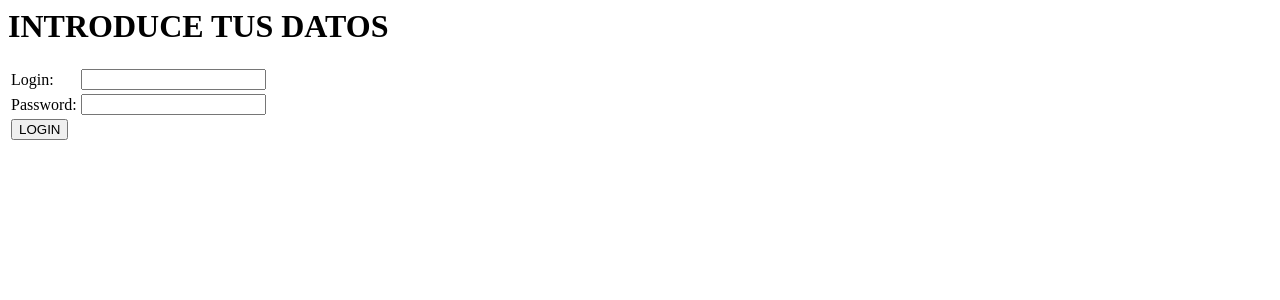
Repository: dasafo/PHP_MySQL_curso
Page: http://localhost/Login&Cookis/Login.php
An editor plug-in stored every save of this project. The page is shown before and after the next save, followed by the edit.
The browser window is 1280 px wide. The pictures show the whole page.
The page is run by PHP 8.4 with error messages shown; the project is at /var/www/html/.

Above is the page before, as saved 2018-11-09 12:04:16.

After the next save:
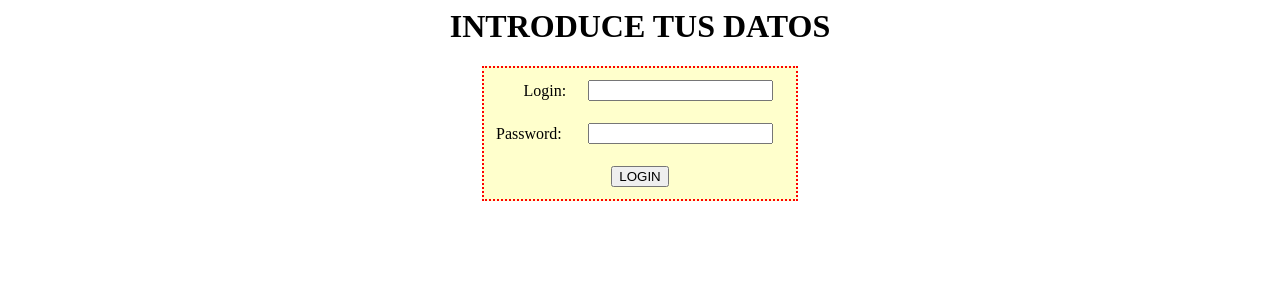
Saved 4 min 14 s later.
--- a/Sesiones&Cookies/Login&Cookis/Login.php
+++ b/Sesiones&Cookies/Login&Cookis/Login.php
@@ -3,6 +3,44 @@
 <head>
 <meta http-equiv="Content-Type" content="text/html; charset=UTF-8">
 <title>Insert title here</title>
+
+<style>
+
+    h1{
+        text-align:center;
+       }
+
+    table{
+
+        width:25%;
+        background-color:#FFC;
+        border: 2px dotted #F00;
+        margin:auto;
+
+       }
+
+       .izq{
+            text-align:right;
+            }
+
+       .der{
+            text-align:left;
+            }
+       td{
+            text-align:center;
+            padding:10px;
+       }
+
+
+
+
+
+
+</style>
+
+
+
+
 </head>
 
 <body>
